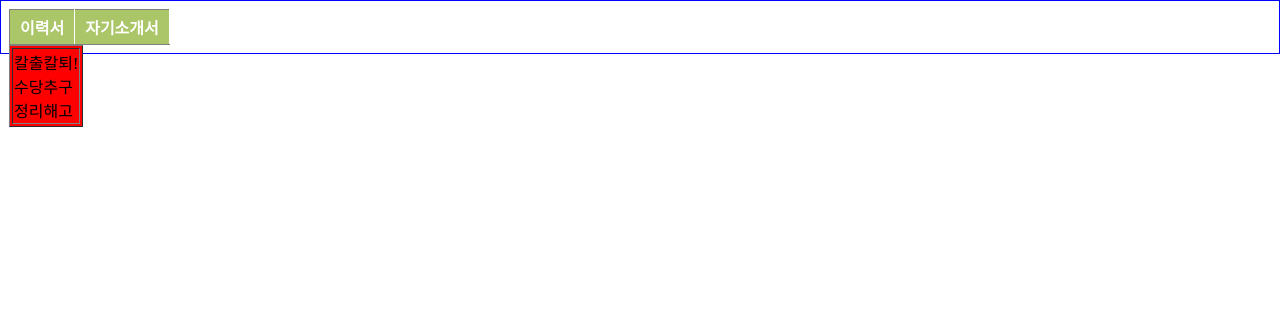
Repository: porivas/140630_Java
Page: http://localhost/web4_resume/totalLayout.jsp
An editor plug-in stored every save of this project. The page is shown before and after the next save, followed by the edit.
The browser window is 1280 px wide. The pictures show the whole page.
The page is served by Tomcat 9.

Above is the page before, as saved 2014-09-25 07:56:05.

After the next save:
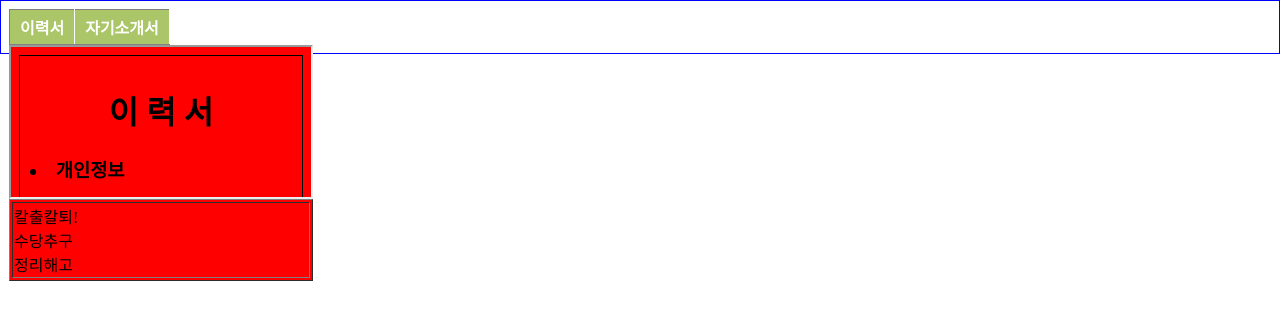
Saved 71 s later.
--- a/web4_resume/WebContent/totalLayout.jsp
+++ b/web4_resume/WebContent/totalLayout.jsp
@@ -44,6 +44,7 @@
 		</div>
 		<div class ="me" id="story1">
 		<table border="1" width=100%	>
+		<iframe src="resume.jsp"></iframe>
 			<tr align = "left">
 				<td> 칼출칼퇴!
 				<br> 수당추구
